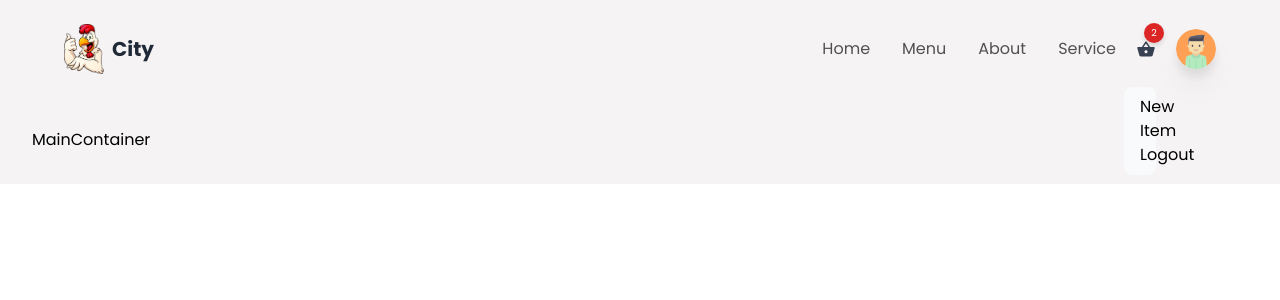
Repository: shikubro90/foodApp
Page: /
An editor plug-in stored every save of this project. The page is shown before and after the next save, followed by the edit.
The browser window is 1280 px wide. The pictures show the whole page.
The project was rebuilt for these pictures with package versions that can differ from the ones it lists, and the page was loaded fresh each time. Also part of the build but not shown: src/Components/CreateContainer.jsx.

Above is the page before, as saved 2022-09-21 19:17:18.

After the next save:
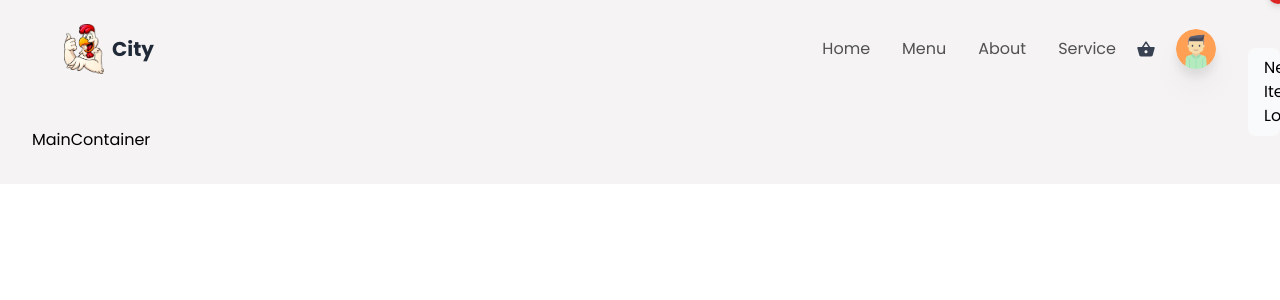
Saved 14 s later.
--- a/src/Components/Header.jsx
+++ b/src/Components/Header.jsx
@@ -64,7 +64,7 @@
             </li>
           </ul>
 
-          <div className="relative flex items-center justify-center ml-5 cursor-pointer">
+          <div className=" flex items-center justify-center ml-5 cursor-pointer">
 
             <motion.div whileTap={{ scale: 0.6 }}>
               <IoMdBasket className="text-xl text-gray-700" />

After the save that followed:
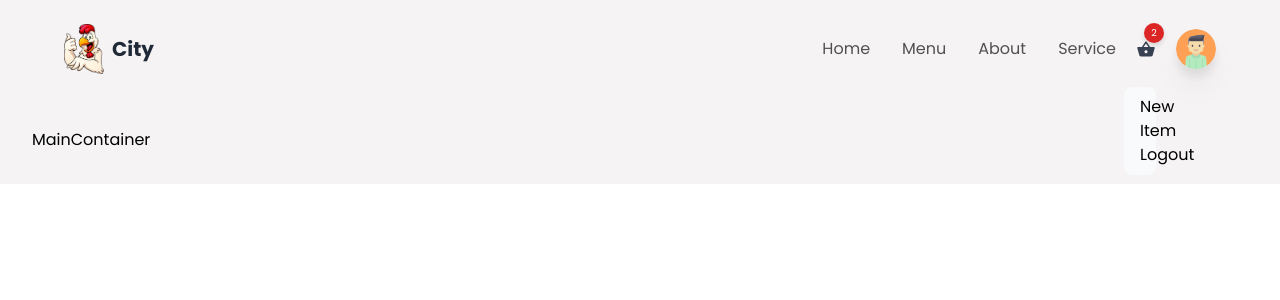
Saved 7 s later.
--- a/src/Components/Header.jsx
+++ b/src/Components/Header.jsx
@@ -64,7 +64,7 @@
             </li>
           </ul>
 
-          <div className=" flex items-center justify-center ml-5 cursor-pointer">
+          <div className="relative flex items-center justify-center ml-5 cursor-pointer">
 
             <motion.div whileTap={{ scale: 0.6 }}>
               <IoMdBasket className="text-xl text-gray-700" />
